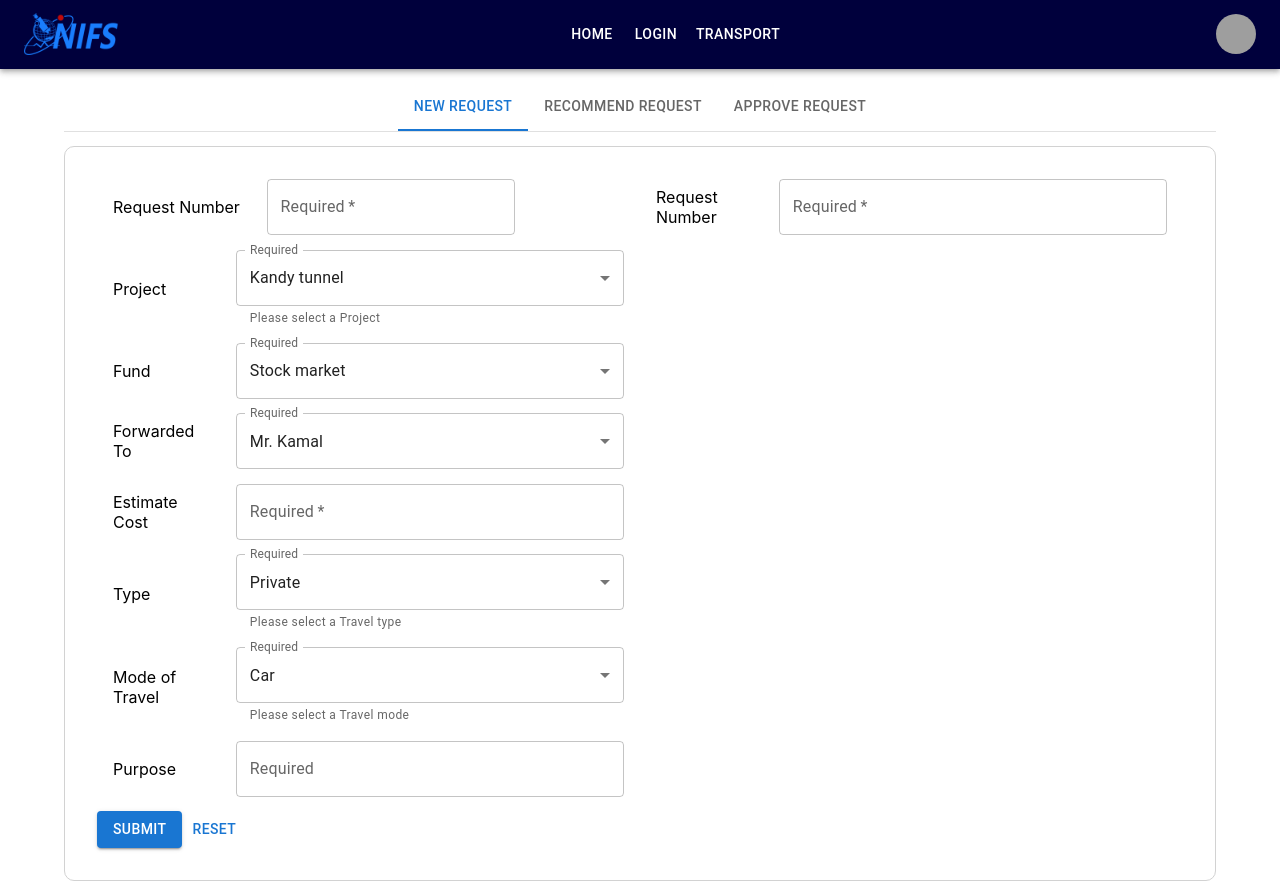
Repository: Ravindu97/NIFS_WebApplication
Page: /transport (app in client/)
The author's editor kept a copy of each file at every save. The page is drawn from the files as they stood at one save, then again after the next save.
The browser window is 1280 px wide. The pictures show the whole page.
Pictures or frames that could not be fetched are drawn as grey boxes. The project was rebuilt for these pictures with package versions that can differ from the ones it lists, and the page was loaded fresh each time. Also part of the build but not shown: client/src/pages/Home.js, client/src/pages/Login.js, client/src/components/Transport/RecommendedRequest.js, client/src/components/Transport/ApproveRequest.js.

Above is the page before, as saved 2022-07-01 00:33:04.

After the next save:
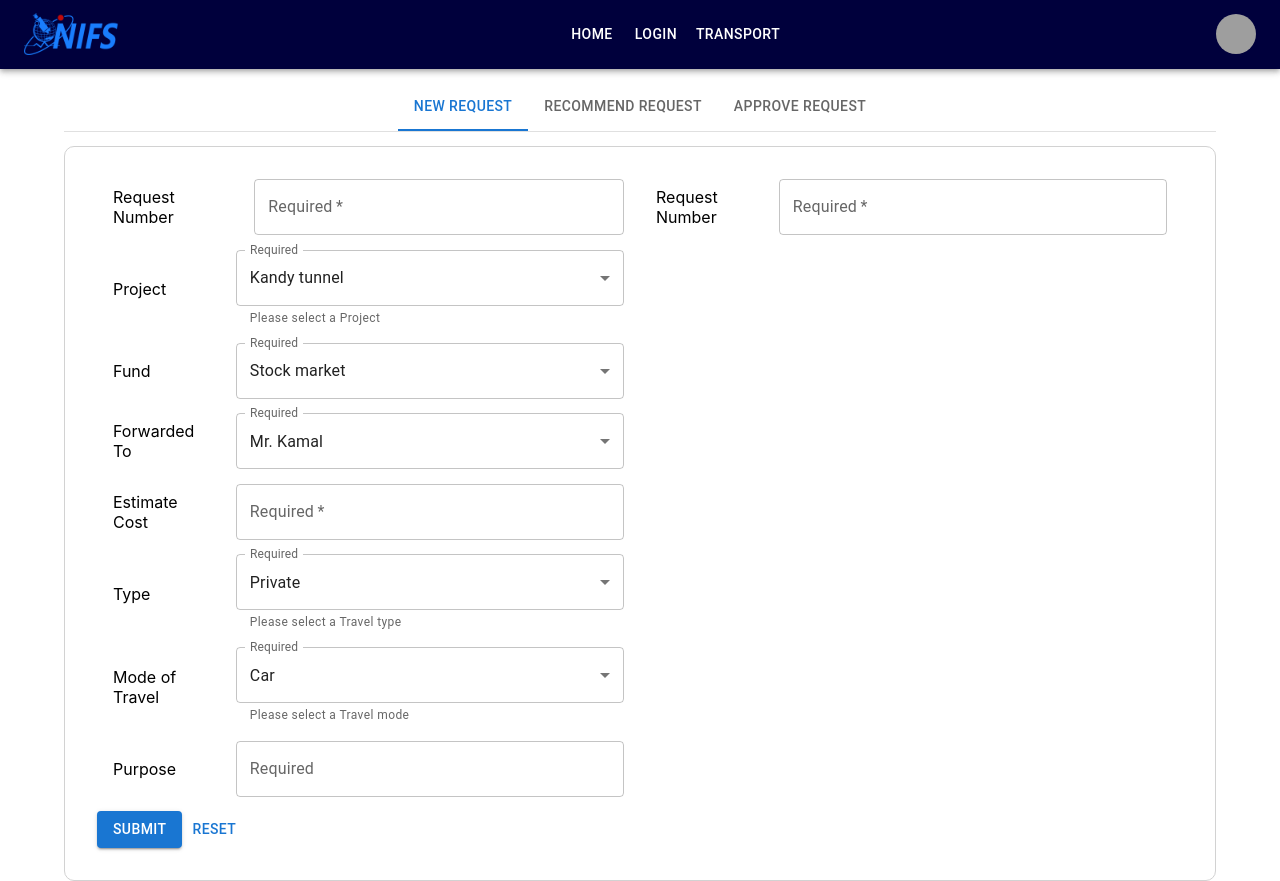
Saved 17 s later.
--- a/client/src/components/Transport/NewRequest.js
+++ b/client/src/components/Transport/NewRequest.js
@@ -44,7 +44,7 @@ function NewRequest() {
 							<label>Request Number</label>
 							<TextField
 								sx={{
-									display: { xs: 'block', md: 'flex' },
+									width: '80%',
 								}}
 								required
 								type="text"
